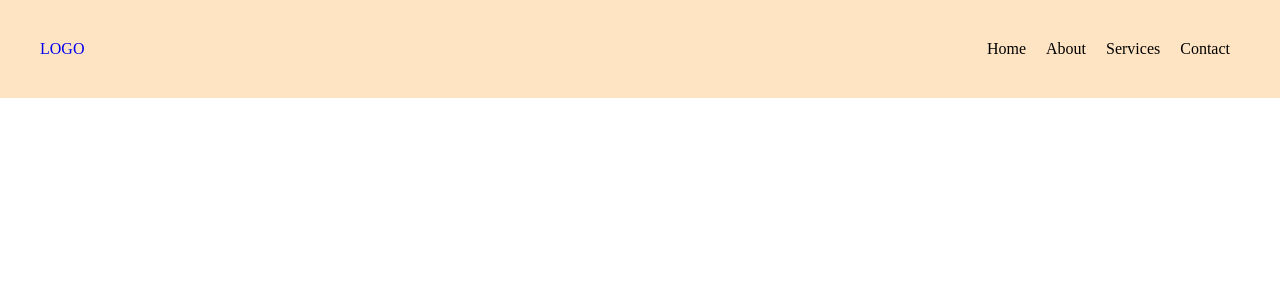
Repository: chanchalsaini/React-WUI
Page: /
These files come from the project's save history. The page is drawn as it stood at one moment and after the next save; the edit follows.
The browser window is 1280 px wide. The pictures show the whole page.
The project was rebuilt for these pictures with package versions that can differ from the ones it lists, and the page was loaded fresh each time.

Above is the page before, as saved 2020-09-21 21:54:23.

After the next save:
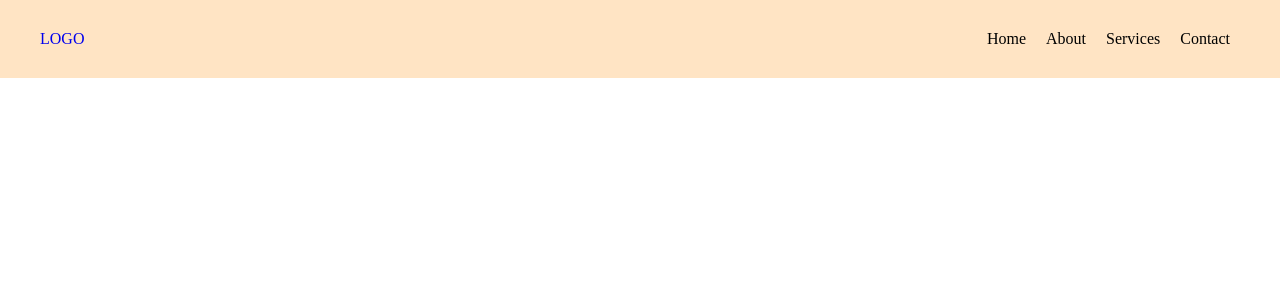
Saved 4 s later.
--- a/src/App.css
+++ b/src/App.css
@@ -19,5 +19,5 @@ header {
 .link {
   text-decoration: none;
   color: black;
-  margin: 10px;
+  margin: 0px 10px;
 }
